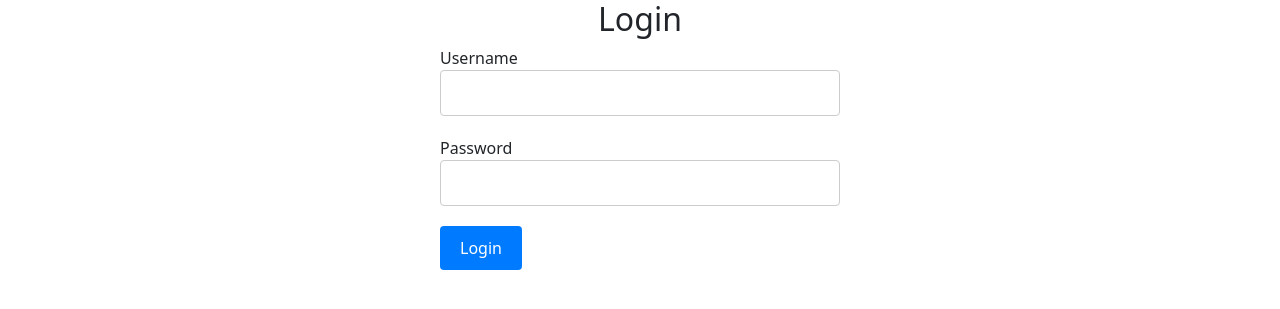
Repository: gabrielwodtke282/PetShop-fofinhos
Page: front-end/index.html
The author's editor kept a copy of each file at every save. The page is drawn from the files as they stood at one save, then again after the next save.
The browser window is 1280 px wide. The pictures show the whole page.

Above is the page before, as saved 2026-03-23 10:09:23.

### front-end/index.html
<!DOCTYPE html>
<html lang="pt-BR">

<head>
    <meta charset="UTF-8">
    <meta name="viewport" content="width=device-width, initial-scale=1.0">
    <title>Fofinhos Petshop</title>
    <link href="styles.css" rel="stylesheet">
    <link href="https://cdn.jsdelivr.net/npm/bootstrap@5.3.8/dist/css/bootstrap.min.css" rel="stylesheet">
</head>

<body>
    <div class="container-fluid min-vh-100 w-100 ">
    <h2 class="text-center">Login</h2>
    <div class="row">
        <div class="col-md-6 offset-md-3">
            <form class="login-form">
                <div class="form-group">
                    <label for="username">Username</label>
                    <input type="text" id="username" name="username" required>
                </div>
                <div class="form-group">
                    <label for="password">Password</label>
                    <input type="password" id="password" name="password" required>
                </div>
                <button type="submit" class="btn btn-primary btn-block">Login</button>
            </form>
        </div>
    </div>
</div>
</body>

</html>

### front-end/styles.css
.login-form {
    max-width: 400px;
    margin: 0 auto;
}

.login-form input[type="text"],
.login-form input[type="password"] {
    width: 100%;
    padding: 10px;
    border: 1px solid #ccc;
    border-radius: 4px;
    box-sizing: border-box;
}

.login-form button {
    background-color: #007bff;
    color: #fff;
    padding: 10px 20px;
    border: none;
    border-radius: 4px;
    cursor: pointer;
}

.login-form button:hover {
    background-color: #0056b3;
}

.login-form .form-group {
    margin-bottom: 20px;
}

.bg-primary{
    background-color: #f0bd4f;
}

After the next save:
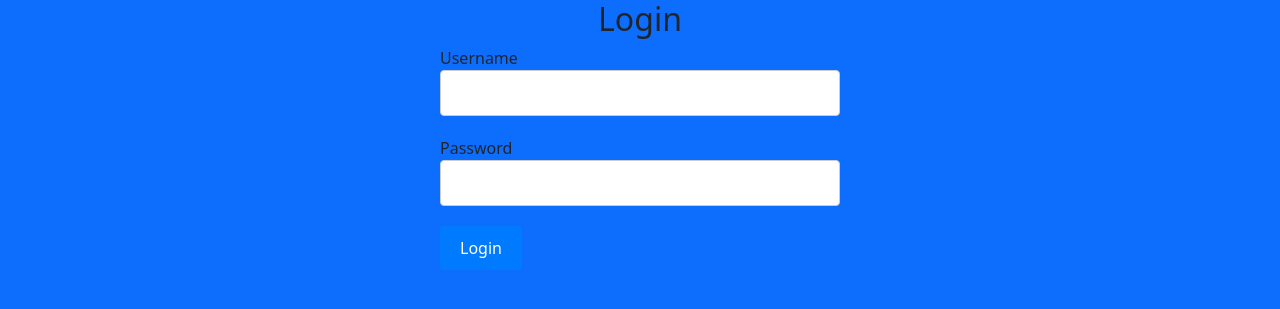
Saved 4 s later.
--- a/front-end/index.html
+++ b/front-end/index.html
@@ -10,7 +10,7 @@
 </head>
 
 <body>
-    <div class="container-fluid min-vh-100 w-100 ">
+    <div class="container-fluid min-vh-100 w-100 bg-primary">
     <h2 class="text-center">Login</h2>
     <div class="row">
         <div class="col-md-6 offset-md-3">

After the save that followed:
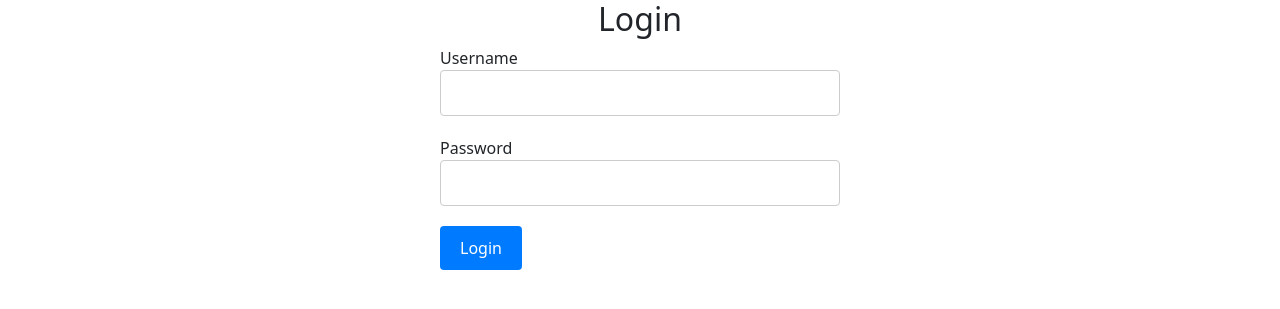
Saved 26 s later.
--- a/front-end/index.html
+++ b/front-end/index.html
@@ -10,7 +10,7 @@
 </head>
 
 <body>
-    <div class="container-fluid min-vh-100 w-100 bg-primary">
+    <div class="container-fluid min-vh-100 w-100 ">
     <h2 class="text-center">Login</h2>
     <div class="row">
         <div class="col-md-6 offset-md-3">
